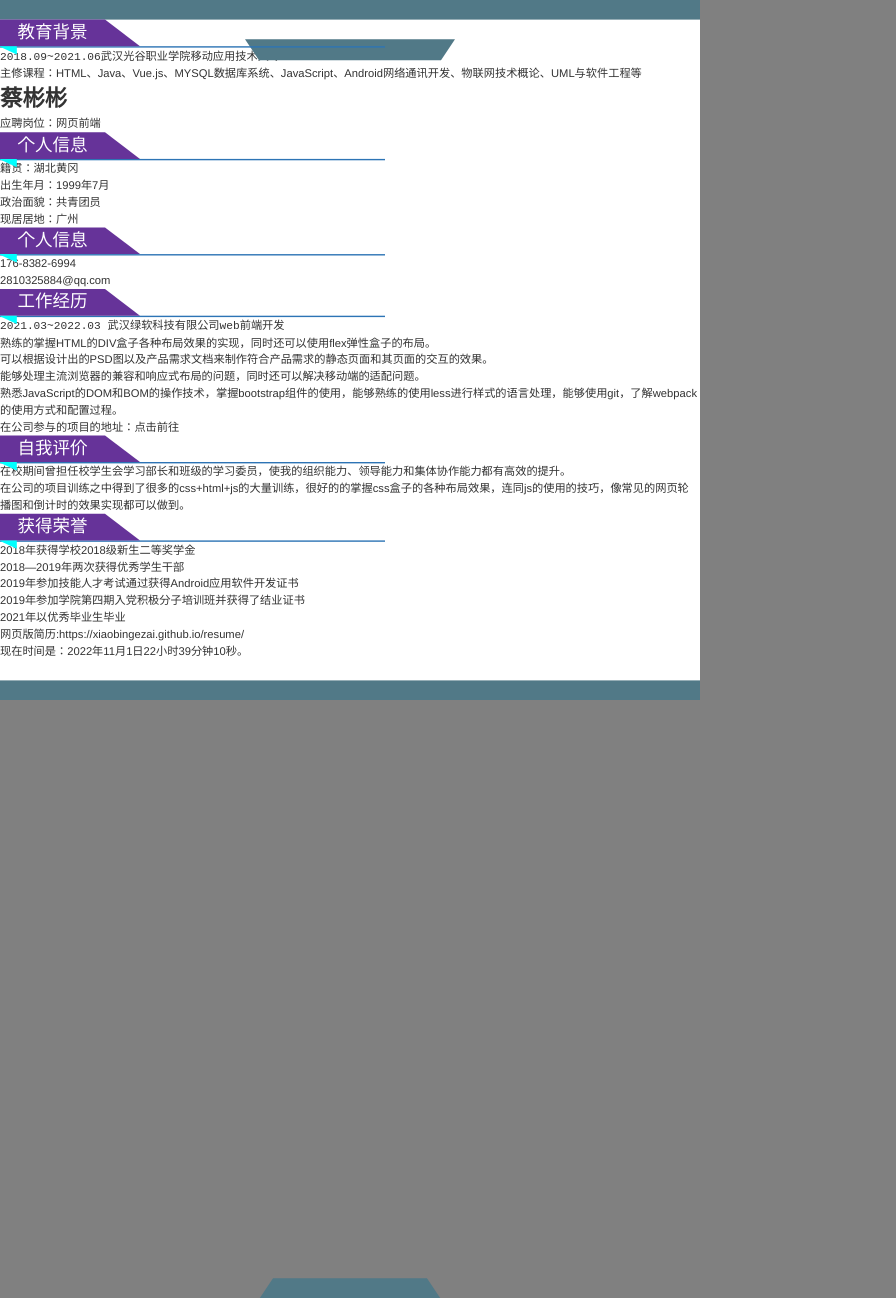
Repository: xiaobingezai/resume
Page: index.html
An editor plug-in stored every save of this project. The page is shown before and after the next save, followed by the edit.
The browser window is 1280 px wide. The pictures show the whole page, at 70% of full size.

Above is the page before, as saved 2022-11-02 21:45:55.

After the next save:
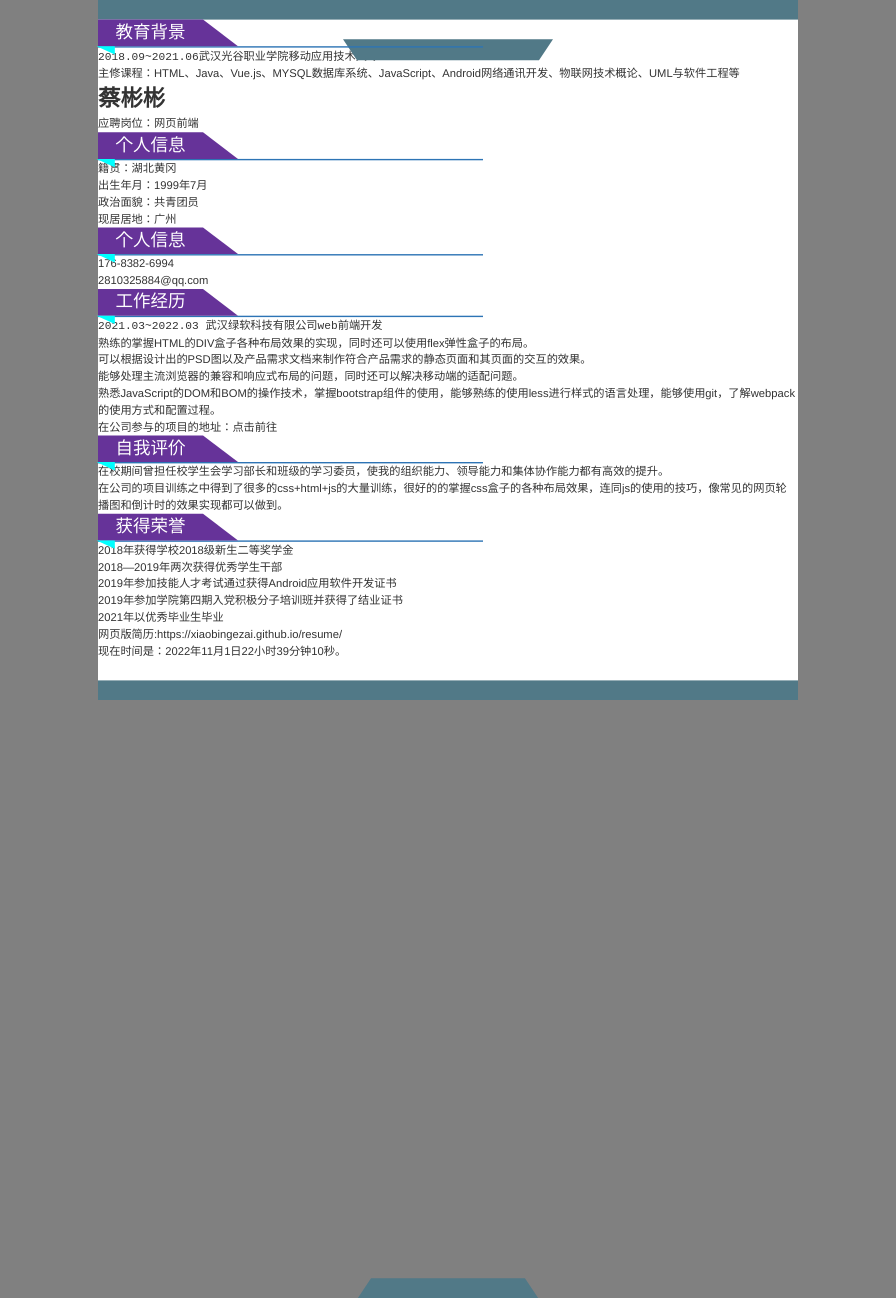
Saved 26 s later.
--- a/css/index.css
+++ b/css/index.css
@@ -131,6 +131,8 @@ body{
 /* 最外层的盒子的样式设置 */
 #zhengTi {
     position: absolute;
+    left: 50%;
+    transform: translateX(-50%);
     border-top: 28px solid #517987 ;
     border-bottom: 28px solid #517987 ;
 }
